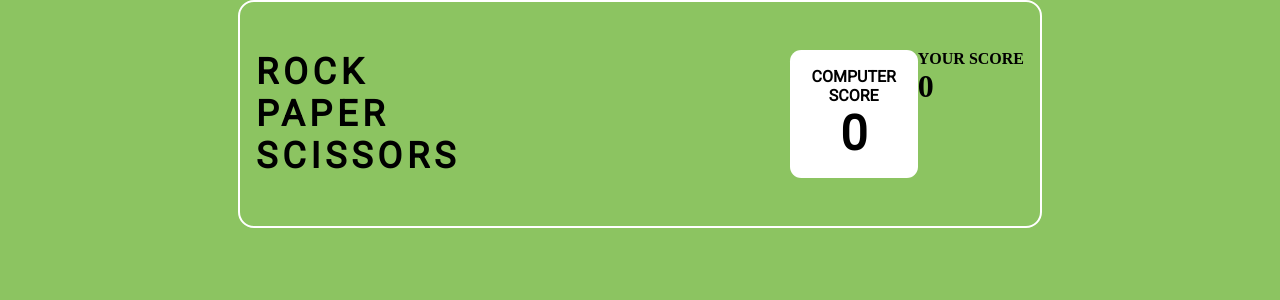
Repository: drumsmanku/Major-module-project-1
Page: index.html
The author's editor kept a copy of each file at every save. The page is drawn from the files as they stood at one save, then again after the next save.
The browser window is 1280 px wide. The pictures show the whole page.

Above is the page before, as saved 2023-04-27 11:09:39.

After the next save:
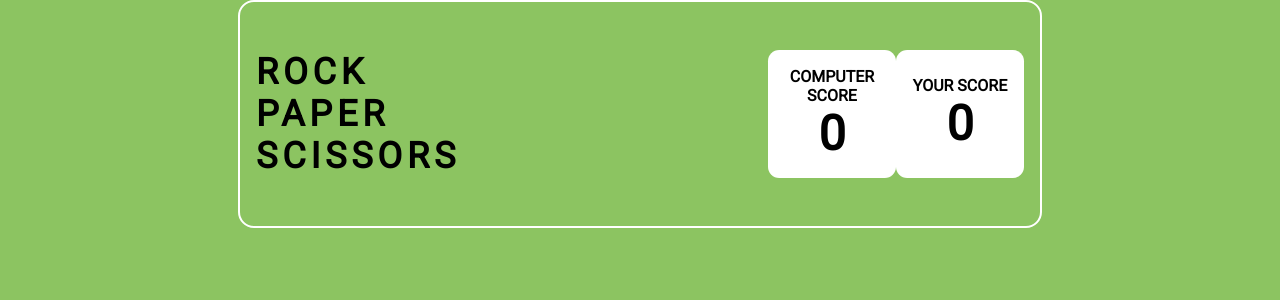
Saved 12 s later.
--- a/index.html
+++ b/index.html
@@ -18,7 +18,7 @@
           <h4>COMPUTER SCORE</h4>
           <h1>0</h1>
         </div>
-        <div class="you-score">
+        <div class="your-score">
           <h4>YOUR SCORE</h4>
           <h1>0</h1>
         </div>
